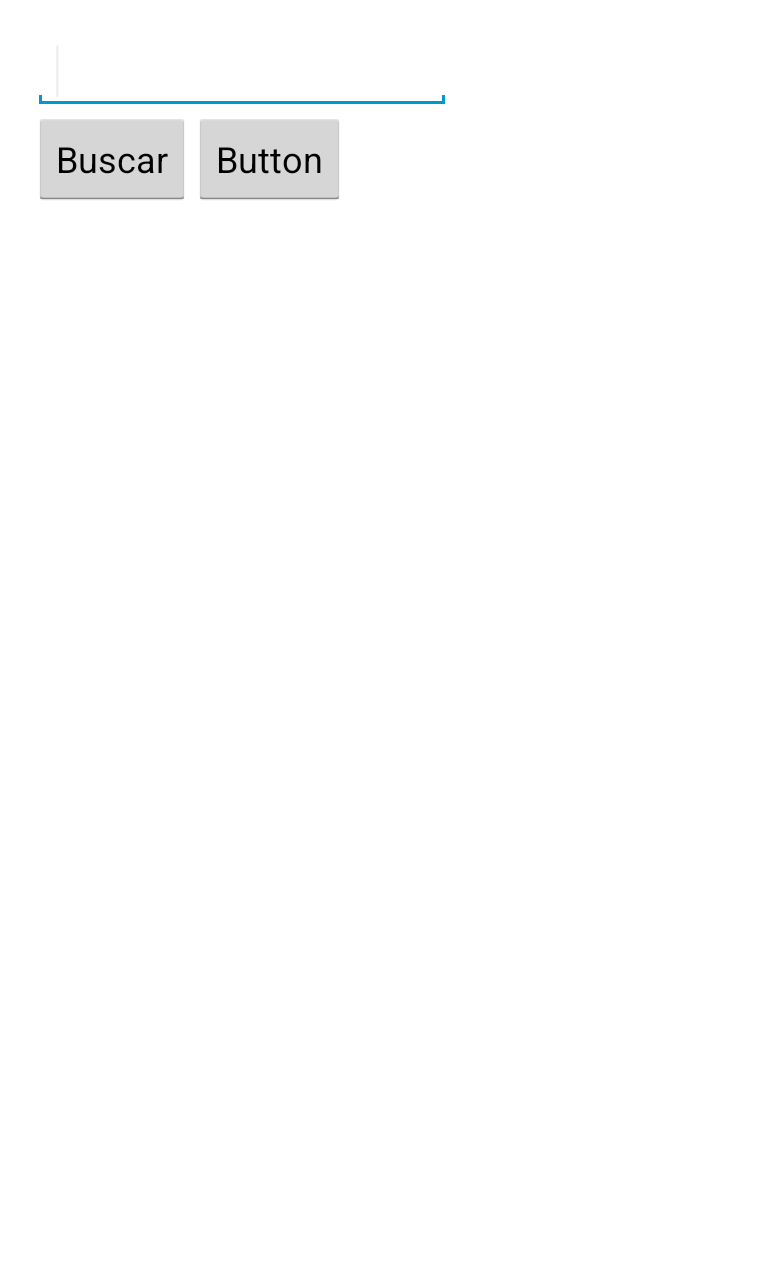
Repository: Kenwal/DemosS1
Layout: Demo2/res/layout/activity_main.xml
The author's editor kept a copy of each file at every save. The layout is drawn from the files as they stood at one save, then again after the next save.
It is drawn on a 768 x 1280 px phone screen (xhdpi) without system bars, with theme AppTheme; the app's code is not run.

Above is the layout before, as saved 2014-01-22 21:50:05.

After the next save:
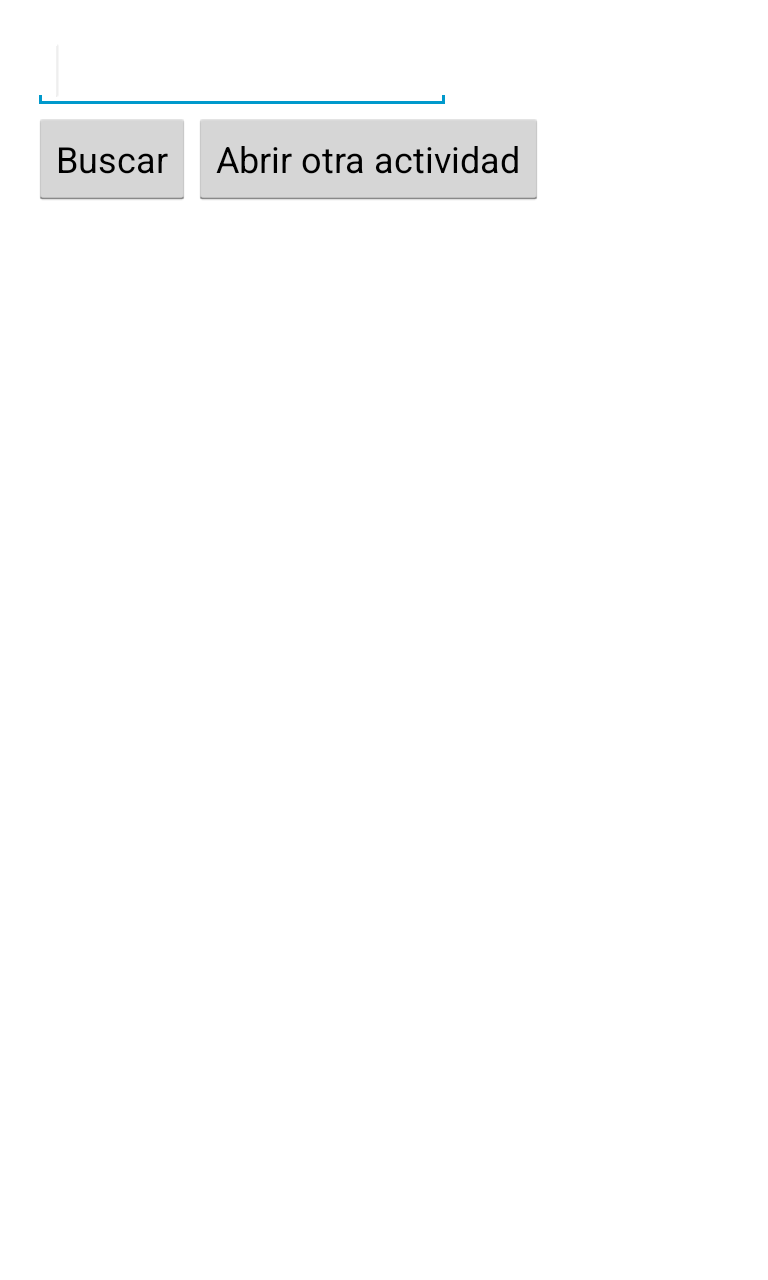
Saved 18 s later.
--- a/Demo2/res/layout/activity_main.xml
+++ b/Demo2/res/layout/activity_main.xml
@@ -35,7 +35,6 @@
         android:layout_alignBaseline="@+id/btnSearch"
         android:layout_alignBottom="@+id/btnSearch"
         android:layout_toRightOf="@+id/btnSearch"
-        android:layout_marginRight="14dp"
-        android:text="Button" />
+        android:text="@string/btn_open_activity" />
 
 </RelativeLayout>
